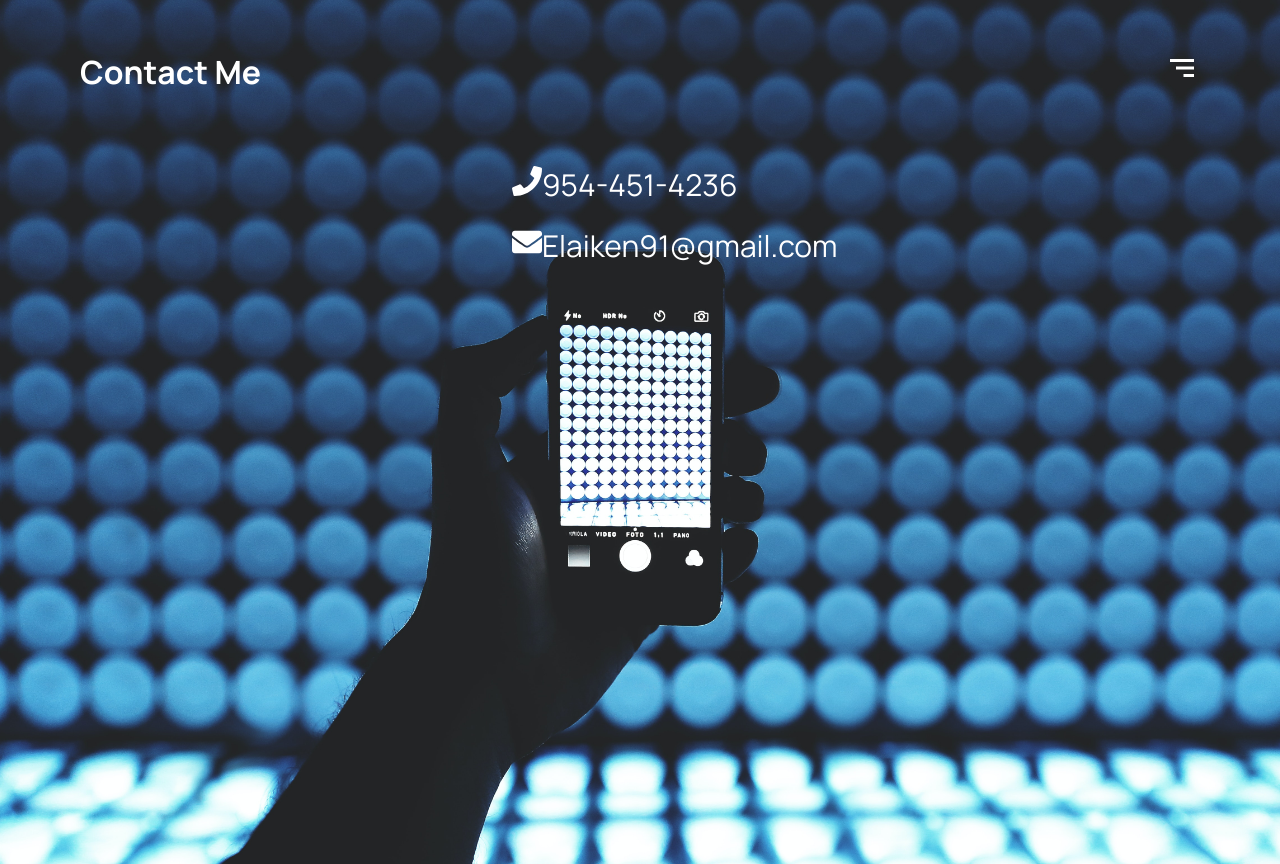
Repository: elaiken/portfolio
Page: /contact-me
The author's editor kept a copy of each file at every save. The page is drawn from the files as they stood at one save, then again after the next save.
The browser window is 1280 px wide. The pictures show the whole page.
The project was rebuilt for these pictures with package versions that can differ from the ones it lists, and the page was loaded fresh each time. Also part of the build but not shown: src/components/Error.js, src/components/Home.js, src/components/Projects.js.

Above is the page before, as saved 2021-11-26 13:58:22.

After the next save:
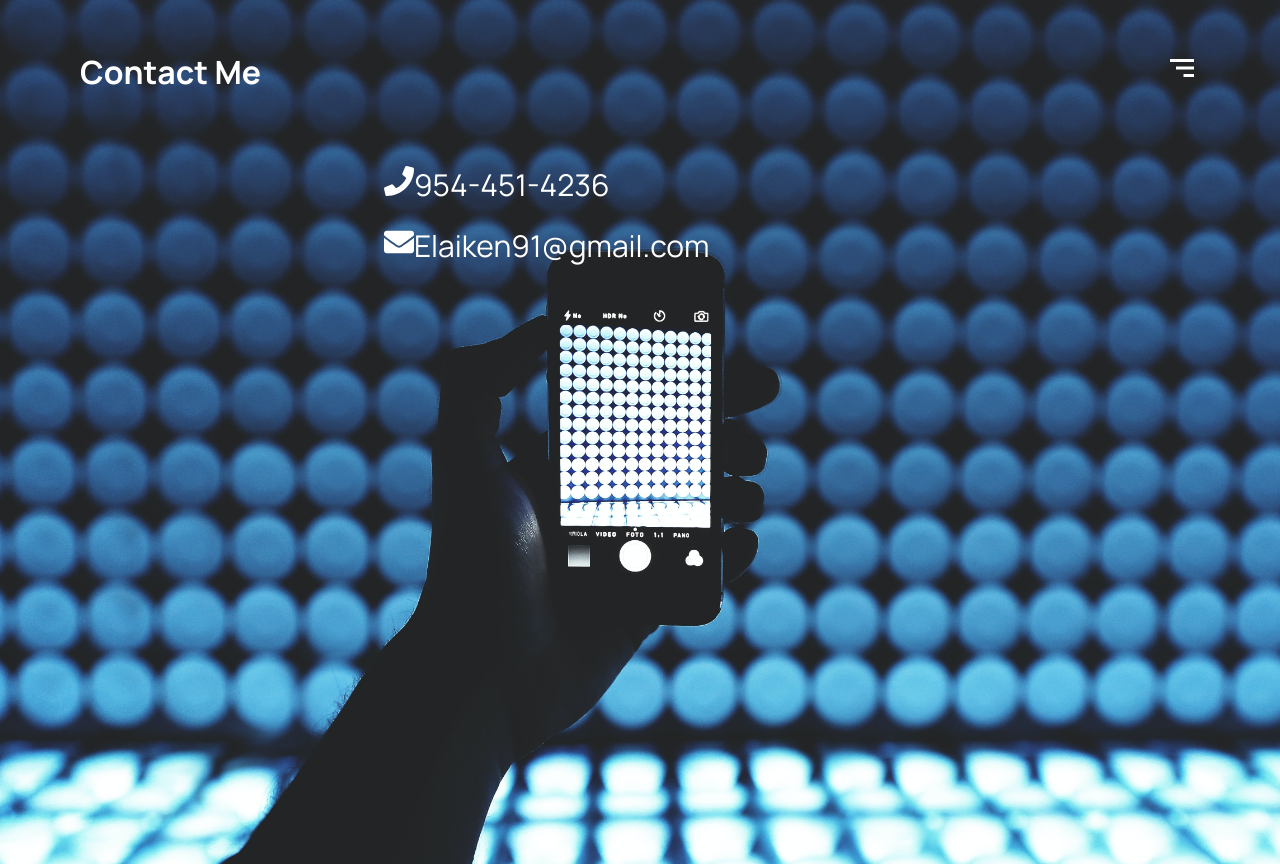
Saved 4 s later.
--- a/src/index.css
+++ b/src/index.css
@@ -142,7 +142,7 @@ color: #fff;
 
 .contacts ul {
   position: absolute;
-  left: 40%;
+  left: 30%;
   translate:traslate(-50%,-50%);
 
 }
